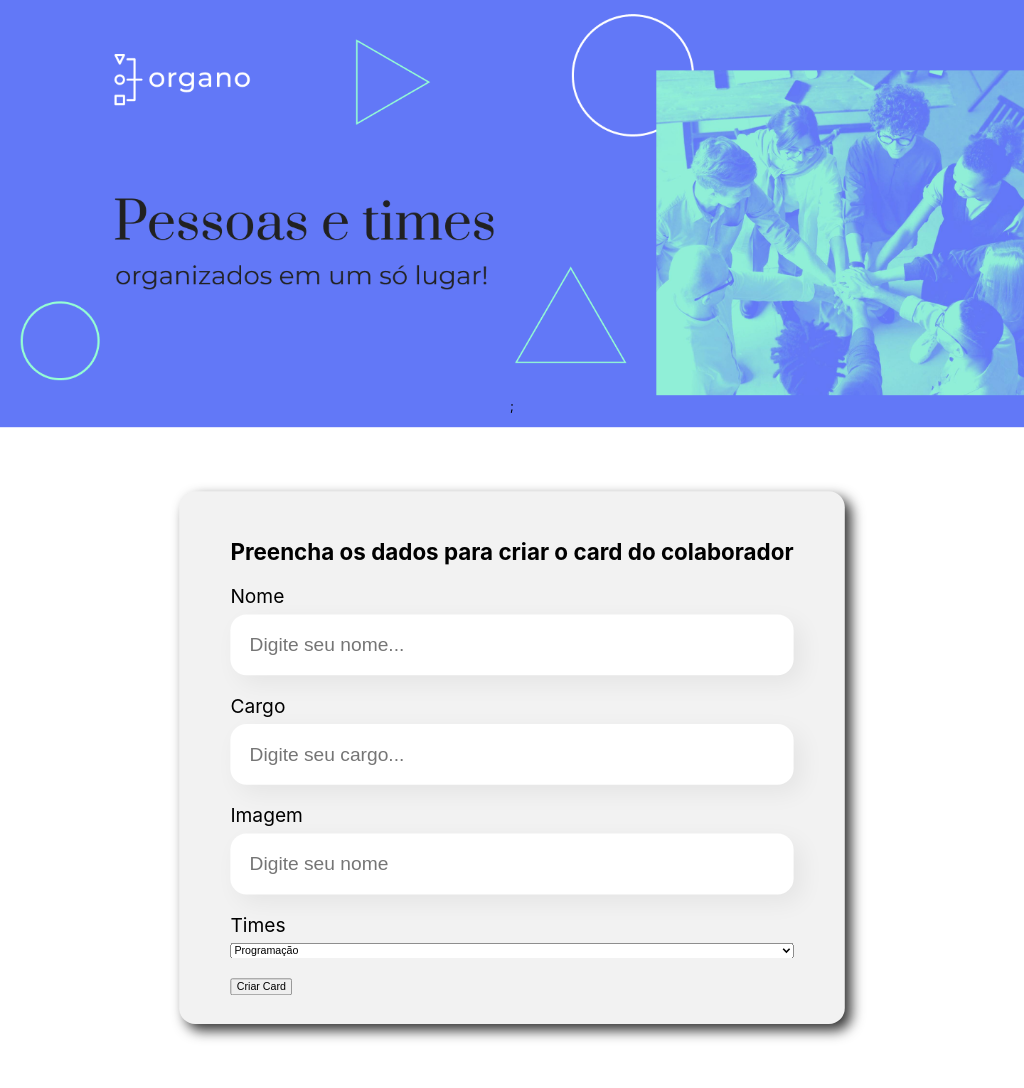
Repository: guilhermecardoso93/organo
Page: /
The author's editor kept a copy of each file at every save. The page is drawn from the files as they stood at one save, then again after the next save.
The browser window is 1280 px wide. The pictures show the whole page, at 80% of full size.
The project was rebuilt for these pictures with package versions that can differ from the ones it lists, and the page was loaded fresh each time.

Above is the page before, as saved 2024-05-26 12:36:00.

After the next save:
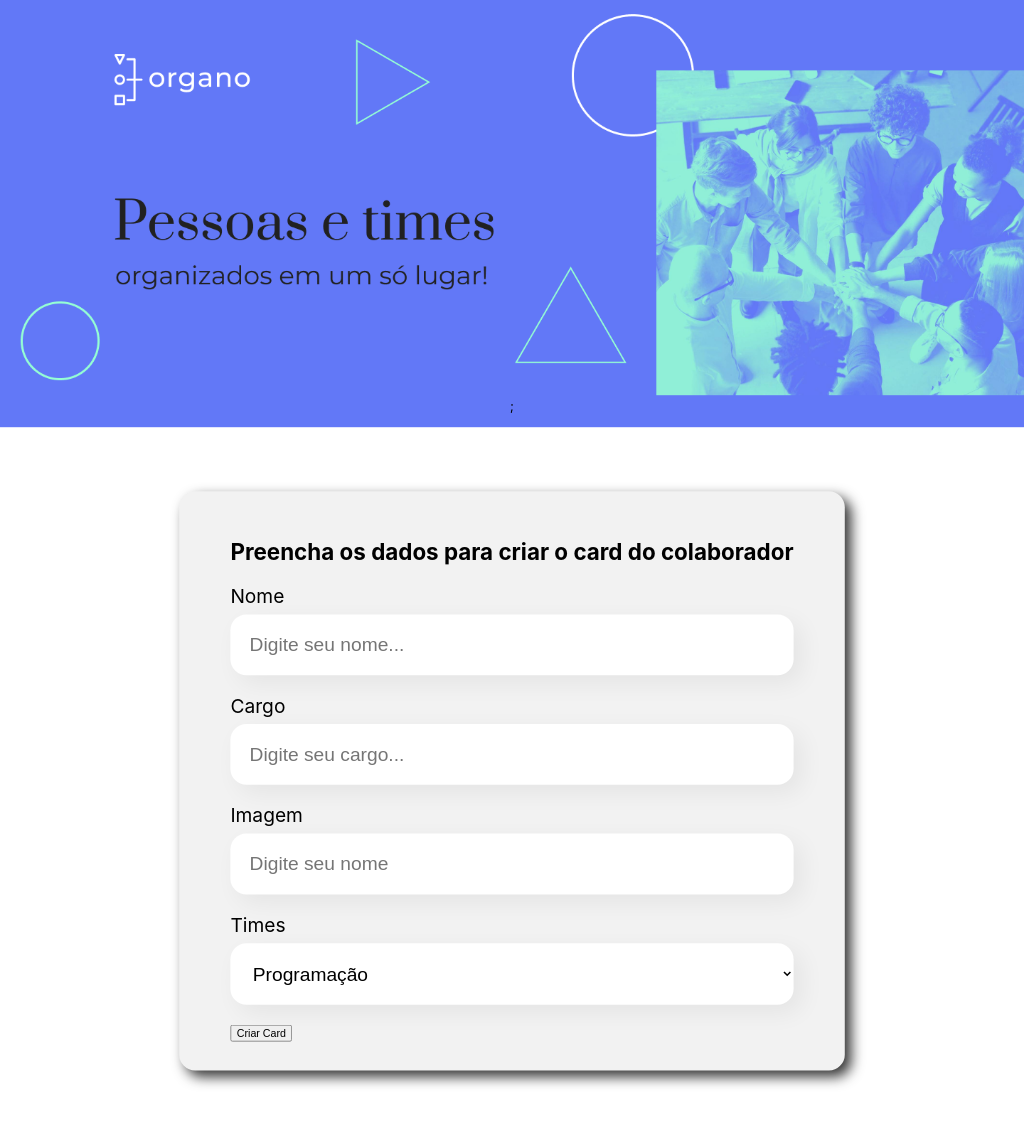
Saved 6 s later.
--- a/src/components/ListDropDown/styles.css
+++ b/src/components/ListDropDown/styles.css
@@ -11,7 +11,7 @@
   font-weight: semi-bold;
 }
 
-.list-dropdown input {
+.list-dropdown select {
   background-color: #fff;
   box-shadow: 10px 10px 30px rgba(0, 0, 0, 0.06);
   width: 100%;
